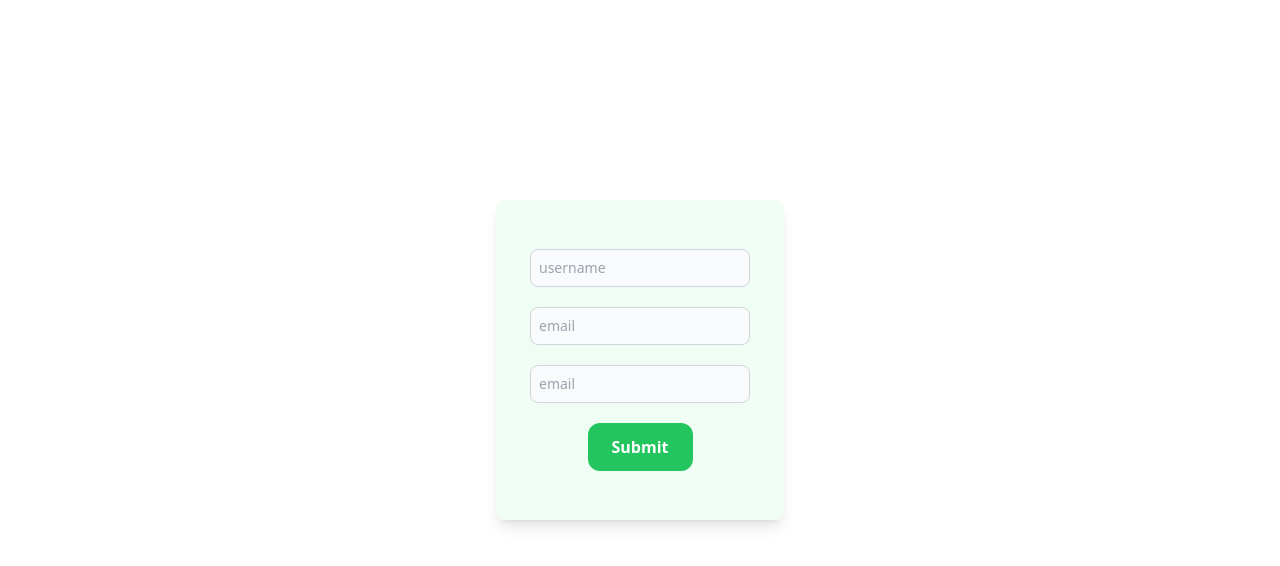
Repository: Emy-gold/alx-fe-reactjs
Page: / (app in form-handling-react/)
The author's editor kept a copy of each file at every save. The page is drawn from the files as they stood at one save, then again after the next save.
The browser window is 1280 px wide. The pictures show the whole page.
The project was rebuilt for these pictures with package versions that can differ from the ones it lists, and the page was loaded fresh each time. Also part of the build but not shown: form-handling-react/vite.config.js.

Above is the page before, as saved 2025-08-22 22:03:58.

### form-handling-react/src/App.jsx
import React from 'react';
import RegistrationForm from './components/RegistrationForm';

function App() {
  return (
    <>
      <RegistrationForm />
    </>
  )
}

export default App

### form-handling-react/src/components/RegistrationForm.jsx
import React from 'react';
import { useState } from 'react';

function RegistrationForm() {

    const [formData, setFormData] = useState({ username: '', email: '', password: '' });

    const handleChange = (e) => {
        const { name, value } = e.target;
        setFormData(prevState => ({ ...prevState, [name]: value }));
    }

    const handleSubmit = (e) => {
        e.preventDefault();
        console.log(formData);
    }

    return (
        <div className='flex w-full mx-auto h-screen justify-center items-center'>
            <form onSubmit={handleSubmit} className='flex flex-col justify-center items-center w-72 h-80 rounded-lg shadow-lg bg-green-50 p-10'>
                <input
                    type="text"
                    name="username"
                    value={formData.name}
                    onChange={handleChange}
                    placeholder='username'
                    className='bg-gray-50 border border-gray-300 text-gray-900 text-sm p-2 rounded-lg mb-5'
                />
                <input
                    type="email"
                    name="email"
                    value={formData.email}
                    onChange={handleChange}
                    placeholder='email'
                    className='bg-gray-50 border border-gray-300 text-gray-900 text-sm p-2 rounded-lg mb-5'
                />
                <input
                    type="password"
                    name="password"
                    value={formData.password}
                    onChange={handleChange}
                    placeholder='email'
                    className='bg-gray-50 border border-gray-300 text-gray-900 text-sm p-2 rounded-lg mb-5'
                />
                <button type='submit' className='bg-green-500 py-3 px-6 text-white text-md font-semibold rounded-xl hover:bg-green-600 duration-300'>Submit</button>
            </form>
        </div>
    )
}

export default RegistrationForm

Loaded but not shown: form-handling-react/index.html (common file); form-handling-react/src/main.jsx (common file); form-handling-react/src/index.css (common file); form-handling-react/tailwind.config.js (common file)

After the next save:
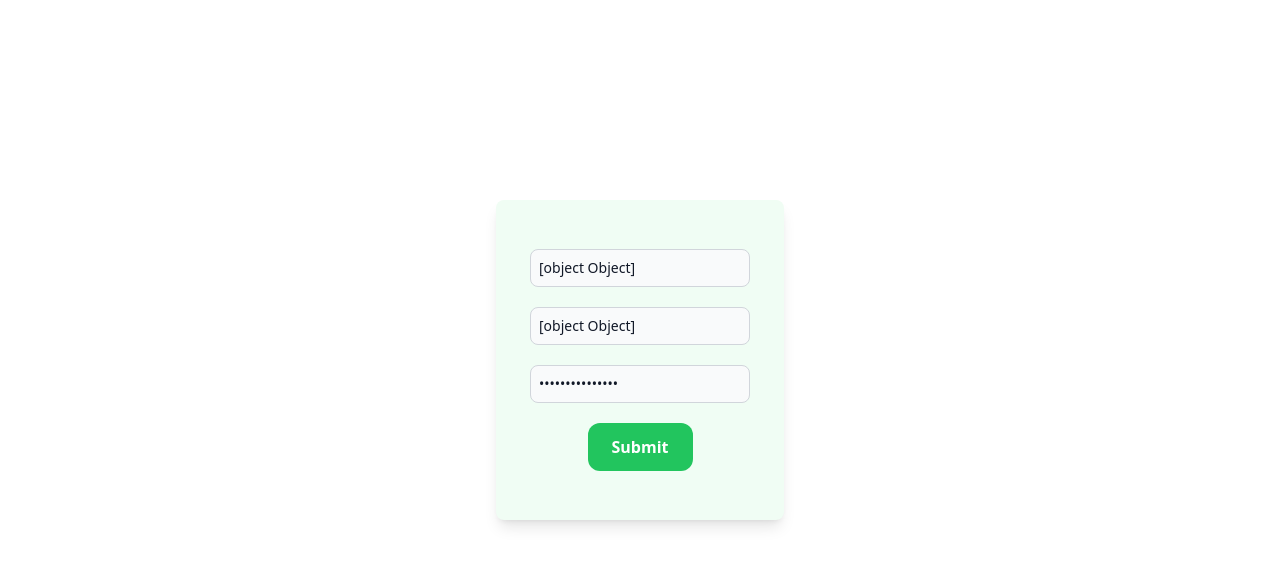
Saved 19 h 12 min later.
--- a/form-handling-react/src/components/RegistrationForm.jsx
+++ b/form-handling-react/src/components/RegistrationForm.jsx
@@ -3,16 +3,22 @@
 
 function RegistrationForm() {
 
-    const [formData, setFormData] = useState({ username: '', email: '', password: '' });
+    const [username, setUsername] = useState({ username: '' });
+    const [email, setEmail] = useState({ email: '' });
+    const [password, setPassword] = useState({ password: '' });
 
     const handleChange = (e) => {
         const { name, value } = e.target;
-        setFormData(prevState => ({ ...prevState, [name]: value }));
+        setUsername(prevState => ({ ...prevState, [name]: value }));
+        setEmail(prevState => ({ ...prevState, [name]: value }));
+        setPassword(prevState => ({ ...prevState, [name]: value }));
     }
 
     const handleSubmit = (e) => {
         e.preventDefault();
-        console.log(formData);
+        console.log(username);
+        console.log(email);
+        console.log(password);
     }
 
     return (
@@ -21,7 +27,7 @@
                 <input
                     type="text"
                     name="username"
-                    value={formData.name}
+                    value={username}
                     onChange={handleChange}
                     placeholder='username'
                     className='bg-gray-50 border border-gray-300 text-gray-900 text-sm p-2 rounded-lg mb-5'
@@ -29,7 +35,7 @@
                 <input
                     type="email"
                     name="email"
-                    value={formData.email}
+                    value={email}
                     onChange={handleChange}
                     placeholder='email'
                     className='bg-gray-50 border border-gray-300 text-gray-900 text-sm p-2 rounded-lg mb-5'
@@ -37,7 +43,7 @@
                 <input
                     type="password"
                     name="password"
-                    value={formData.password}
+                    value={password}
                     onChange={handleChange}
                     placeholder='email'
                     className='bg-gray-50 border border-gray-300 text-gray-900 text-sm p-2 rounded-lg mb-5'

After the 5 saves that followed:
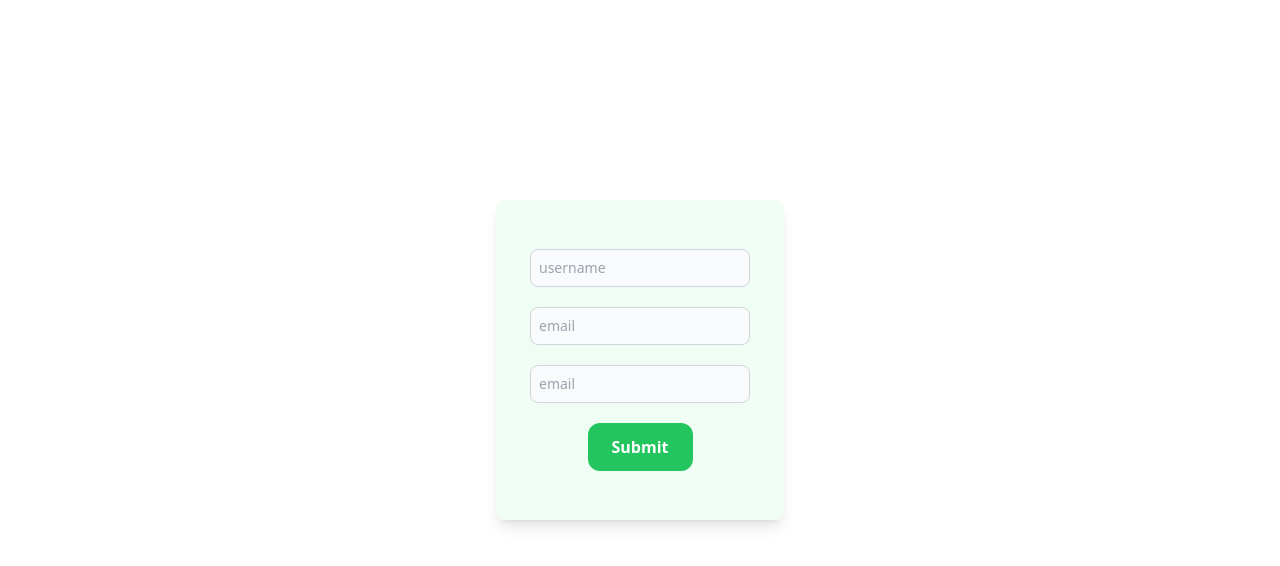
The 5 saves are shown as one change because 1 did not build or start and 3 left the picture as it was.
The last was saved 13 min 36 s later.
--- a/form-handling-react/src/components/RegistrationForm.jsx
+++ b/form-handling-react/src/components/RegistrationForm.jsx
@@ -3,22 +3,20 @@
 
 function RegistrationForm() {
 
-    const [username, setUsername] = useState({ username: '' });
-    const [email, setEmail] = useState({ email: '' });
-    const [password, setPassword] = useState({ password: '' });
+    const [username, setUsername] = useState('');
+    const [email, setEmail] = useState('');
+    const [password, setPassword] = useState('');
 
     const handleChange = (e) => {
         const { name, value } = e.target;
-        setUsername(prevState => ({ ...prevState, [name]: value }));
-        setEmail(prevState => ({ ...prevState, [name]: value }));
-        setPassword(prevState => ({ ...prevState, [name]: value }));
+        if (name === 'username') setUsername(value);
+        if (email === 'email') setEmail(value);
+        if (password === 'password') setPassword(value);
     }
 
     const handleSubmit = (e) => {
         e.preventDefault();
-        console.log(username);
-        console.log(email);
-        console.log(password);
+        console.log({ username, email, password });
     }
 
     return (
